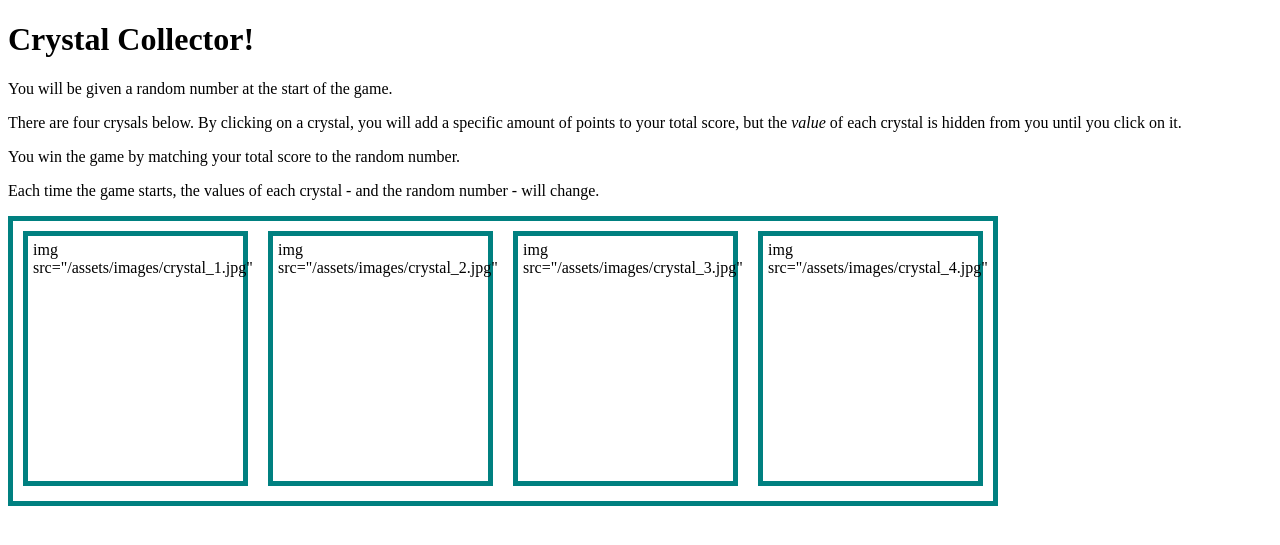
Repository: dsaftler/unit-4-game
Page: index.html
An editor plug-in stored every save of this project. The page is shown before and after the next save, followed by the edit.
The browser window is 1280 px wide. The pictures show the whole page.

Above is the page before, as saved 2019-04-01 18:16:21.

### index.html
<!DOCTYPE html>
<html lang="en">
<head>
  <meta charset="UTF-8">
  <meta name="viewport" content="width=device-width, initial-scale=1.0">
  <meta http-equiv="X-UA-Compatible" content="ie=edge">
  <link rel="stylesheet" href="assets/css/reset.css">
  <link rel="stylesheet" href="assets/css/style.css">
  <script src="https://ajax.googleapis.com/ajax/libs/jquery/3.3.1/jquery.min.js"></script>


  <title>Puzzle Crystal Collector</title>
</head>
<body>
<h1>Crystal Collector!</h1>
<p>You will be given a random number at the start of the game.</p>
<p>There are four crysals below.  By clicking on a crystal, you will add a specific amount of points to your total score, but the <em>value</em> of each crystal is hidden from you until you click on it.</p>
<p>You win the game by matching your total score to the random number.</p>
<p>Each time the game starts, the values of each crystal - and the random number - will change.</p>

<div class="crystal-set">
  <div class="crystal" id="crystal_1">img src="/assets/images/crystal_1.jpg"</div>
  <div class="crystal" id="crystal_2">img src="/assets/images/crystal_2.jpg"</div>
  <div class="crystal" id="crystal_3">img src="/assets/images/crystal_3.jpg"</div>
  <div class="crystal" id="crystal_4">img src="/assets/images/crystal_4.jpg"</div>
</div>


</body>
</html>

### assets/css/style.css
* {
  box-sizing: border-box;
}
.body {
background-image: url("assets\images\congruent_pentagon.png")
}
.container{
  background-color: "green"

}
.crystal-set{
  background-color: #ffffff;
  height: 290px;
  width: 990px;
  border:5px solid teal;

}
.crystal{
  float: left;
  height: 255px;
  width: 225px;
  border: teal 5px solid;
  padding: 5px;
  margin: 10px;

}

Loaded but not shown: assets/css/reset.css (no stored copy; drawn as an empty file)

After the next save:
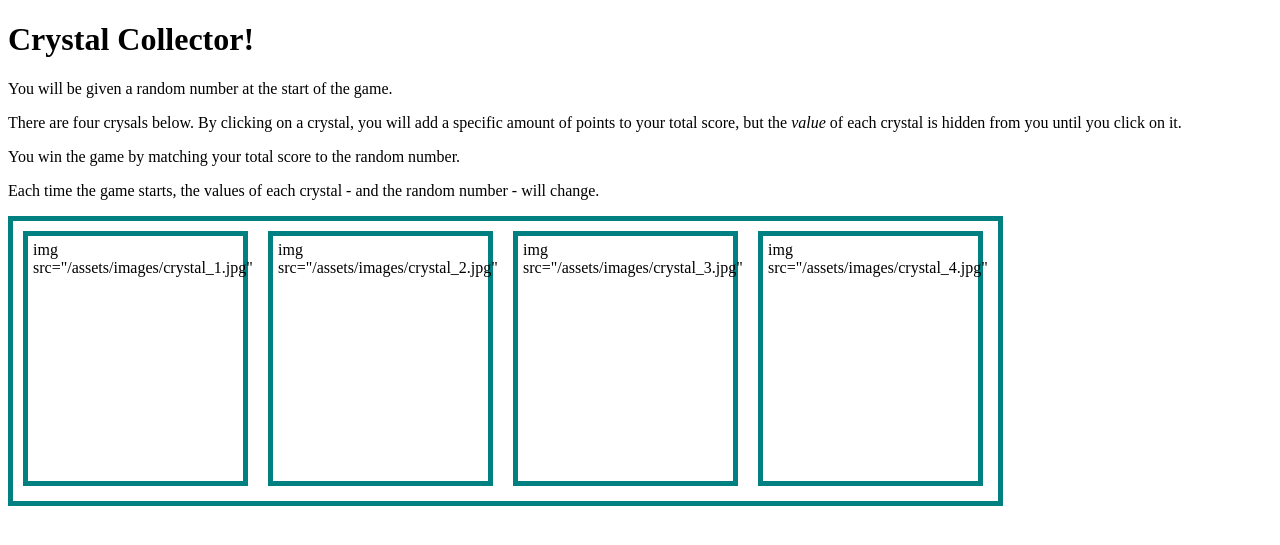
Saved 14 s later.
--- a/assets/css/style.css
+++ b/assets/css/style.css
@@ -11,7 +11,7 @@ background-image: url("assets\images\congruent_pentagon.png")
 .crystal-set{
   background-color: #ffffff;
   height: 290px;
-  width: 990px;
+  width: 995px;
   border:5px solid teal;
 
 }
